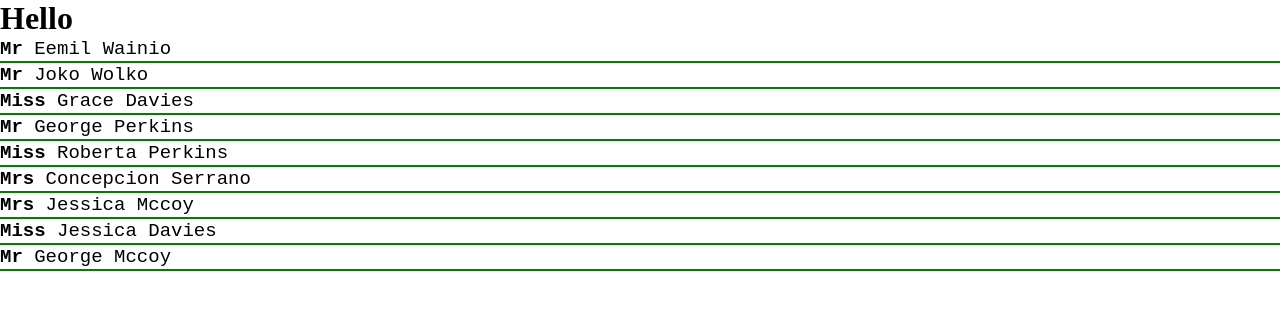
Repository: KrzysKolo/sr_tydzien5_zad4
Page: /
An editor plug-in stored every save of this project. The page is shown before and after the next save, followed by the edit.
The browser window is 1280 px wide. The pictures show the whole page.
The project was rebuilt for these pictures with package versions that can differ from the ones it lists, and the page was loaded fresh each time.

Above is the page before, as saved 2021-01-03 04:54:29.

### public/index.html
<!DOCTYPE html>
<html lang="en">
  <head>
    <meta charset="utf-8" />
    <link rel="icon" href="%PUBLIC_URL%/favicon.ico" />
    <meta name="viewport" content="width=device-width, initial-scale=1" />
    <meta name="theme-color" content="#000000" />
    <meta
      name="description"
      content="Web site created using create-react-app"
    />
    <link rel="apple-touch-icon" href="%PUBLIC_URL%/logo192.png" />
    <!--
      manifest.json provides metadata used when your web app is installed on a
      user's mobile device or desktop. See https://developers.google.com/web/fundamentals/web-app-manifest/
    -->
    <link rel="manifest" href="%PUBLIC_URL%/manifest.json" />
    <!--
      Notice the use of %PUBLIC_URL% in the tags above.
      It will be replaced with the URL of the `public` folder during the build.
      Only files inside the `public` folder can be referenced from the HTML.

      Unlike "/favicon.ico" or "favicon.ico", "%PUBLIC_URL%/favicon.ico" will
      work correctly both with client-side routing and a non-root public URL.
      Learn how to configure a non-root public URL by running `npm run build`.
    -->
    <title>User search</title>
  </head>
  <body>
    <noscript>You need to enable JavaScript to run this app.</noscript>
    <div id="root"></div>
    <!--
      This HTML file is a template.
      If you open it directly in the browser, you will see an empty page.

      You can add webfonts, meta tags, or analytics to this file.
      The build step will place the bundled scripts into the <body> tag.

      To begin the development, run `npm start` or `yarn start`.
      To create a production bundle, use `npm run build` or `yarn build`.
    -->
  </body>
</html>

### src/App.js
import React from 'react';
import UsersContainer from './components/UsersContainer';
import './App.css';


const App = () => {

  return (
    <>
      <h1>Hello</h1>
      <UsersContainer/>
    </>
  )
}

export default App;

### src/components/UsersContainer.js
import React, { useState, useEffect } from 'react';


const UsersContainer = () => {

  const UsersAPI = '/users.json';

  const [ users, setUsers ] = useState([]);

  useEffect(() => {

    fetch(UsersAPI)
      .then(res => res.json())
      .then(data => {
        console.log(data.users);
        setUsers(data.users);
      })
    }, []);

    const user = users.map(user => (
      <li className="user" key={user.id}><b>{user.title}</b> {user.first} {user.last}</li>
    ))
    return (
        <ul>
					{user}
        </ul>
    )
}

export default UsersContainer;

### src/App.css
* {
  box-sizing: border-box;
  padding: 0;
  margin: 0;
}
.user {
  font-size: 19px;
  font-family: "Courier New", Courier, monospace;
  line-height: 24px;
  border-bottom: 2px solid green;
}

### public/users.json
{
    "users": [
      {
        "id": 1,
        "title": "Mr",
        "first": "Eemil",
        "last": "Wainio"
       },
      {
        "id": 2,
        "title": "Mr",
        "first": "Joko",
        "last": "Wolko"
      },
      {
        "id": 3,
        "title": "Miss",
        "first": "Grace",
        "last": "Davies"
      },
      {
        "id": 4,
        "title": "Mr ",
        "first": "George ",
        "last": "Perkins"
      },
      {
        "id": 5,
        "title": "Miss",
        "first": "Roberta ",
        "last": "Perkins"
      },
      {
        "id": 6,
        "title": "Mrs ",
        "first": "Concepcion ",
        "last": "Serrano"
      },
      {
        "id": 7,
        "title": "Mrs ",
        "first": "Jessica ",
        "last": "Mccoy"
      },
      {
        "id": 8,
        "title": "Miss",
        "first": "Jessica",
        "last": "Davies"
      },
      {
        "id": 9,
        "title": "Mr",
        "first": "George",
        "last": "Mccoy"
      }
    ]
  }

Loaded but not shown: src/index.js (common file)

After the next save:
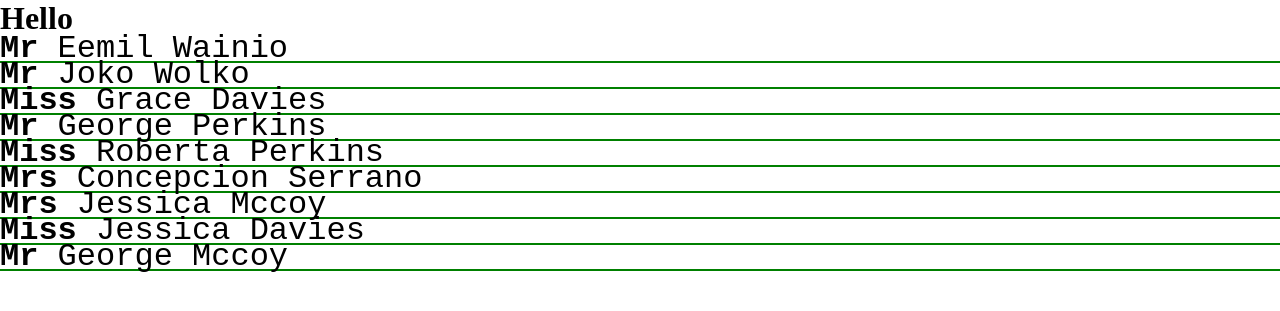
Saved 29 s later.
--- a/src/App.css
+++ b/src/App.css
@@ -4,7 +4,7 @@
   margin: 0;
 }
 .user {
-  font-size: 19px;
+  font-size: 2rem;
   font-family: "Courier New", Courier, monospace;
   line-height: 24px;
   border-bottom: 2px solid green;
